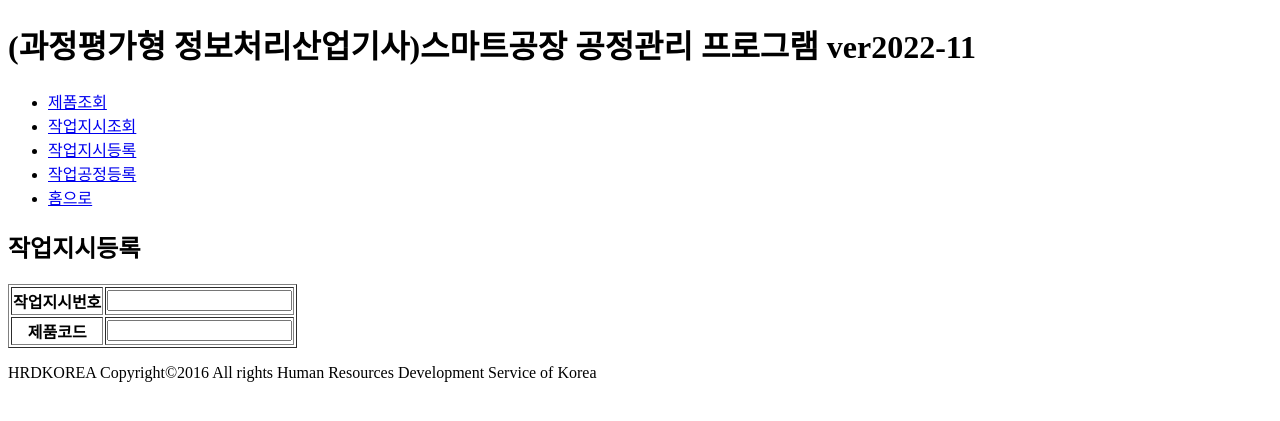
Repository: anakyn01/exam
Page: http://localhost/smart_5/sub2_1.jsp
An editor plug-in stored every save of this project. The page is shown before and after the next save, followed by the edit.
The browser window is 1280 px wide. The pictures show the whole page.
The page is served by Tomcat 9.

Above is the page before, as saved 2025-01-06 07:19:05.

After the next save:
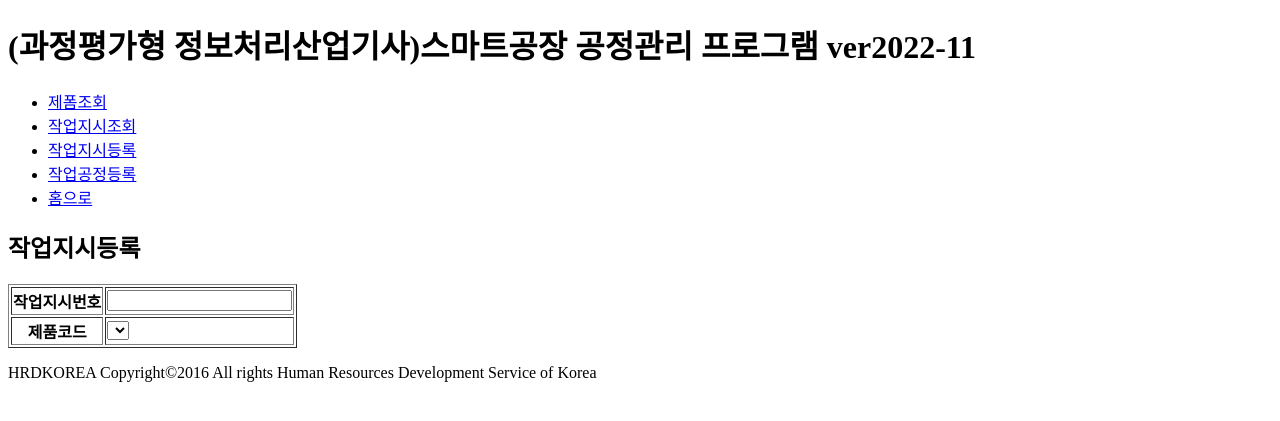
Saved 44 s later.
--- a/smart_5/src/main/webapp/sub2_1.jsp
+++ b/smart_5/src/main/webapp/sub2_1.jsp
@@ -13,8 +13,10 @@
 </tr>
 <tr>
 	<th>제품코드</th>
-		<td>
-		<input type="text" name="w_workno">
+	<td>
+		<select name="">
+		<option value=""></option>
+		</select>
 	</td>
 </tr>
 </table>
